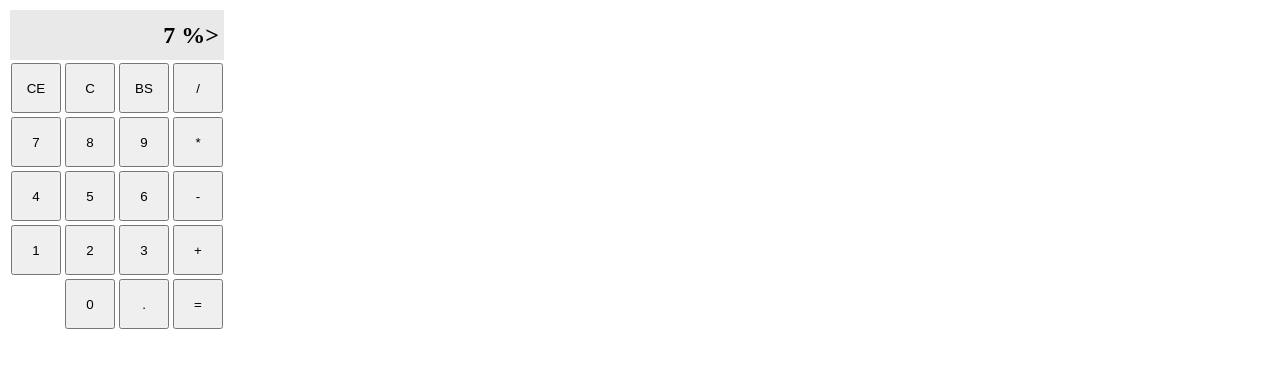
Repository: water-case/Servlet_JSP_JSPMVC
Page: http://localhost/JSPPrj/calculator.jsp
These files come from the project's save history. The page is drawn as it stood at one moment and after the next save; the edit follows.
The browser window is 1280 px wide. The pictures show the whole page.
The page is served by Tomcat 9.

Above is the page before, as saved 2021-08-26 06:14:59.

After the next save:
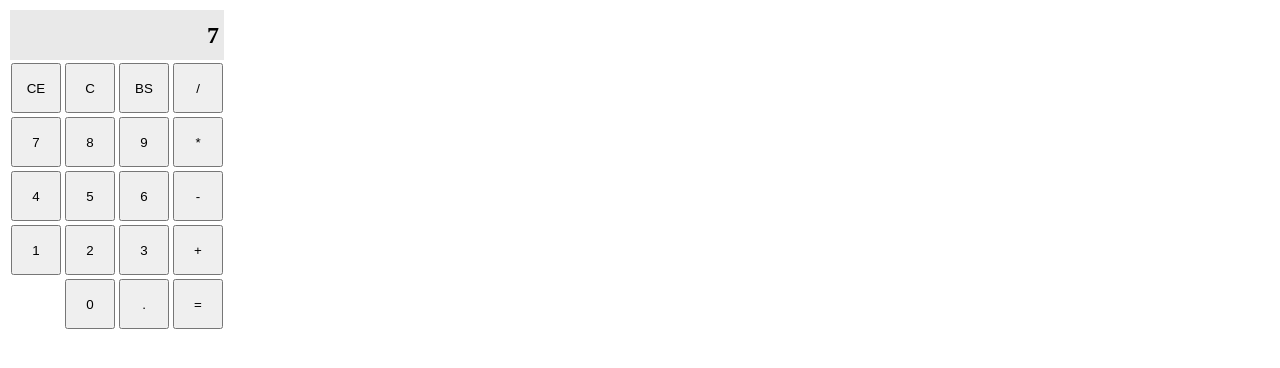
Saved 20 s later.
--- a/workspace/JSPPrj/src/main/webapp/calculator.jsp
+++ b/workspace/JSPPrj/src/main/webapp/calculator.jsp
@@ -29,7 +29,7 @@ int y = 4;
 		<form action="calc3" method="post">
 			<table>
 				<tr>
-					<td class="output" colspan="4"><%=x+y %> %></td>
+					<td class="output" colspan="4"><%=x+y %></td>
 				</tr>
 				<tr>
 					<td><input type="submit" name="operator" value="CE" /></td>
